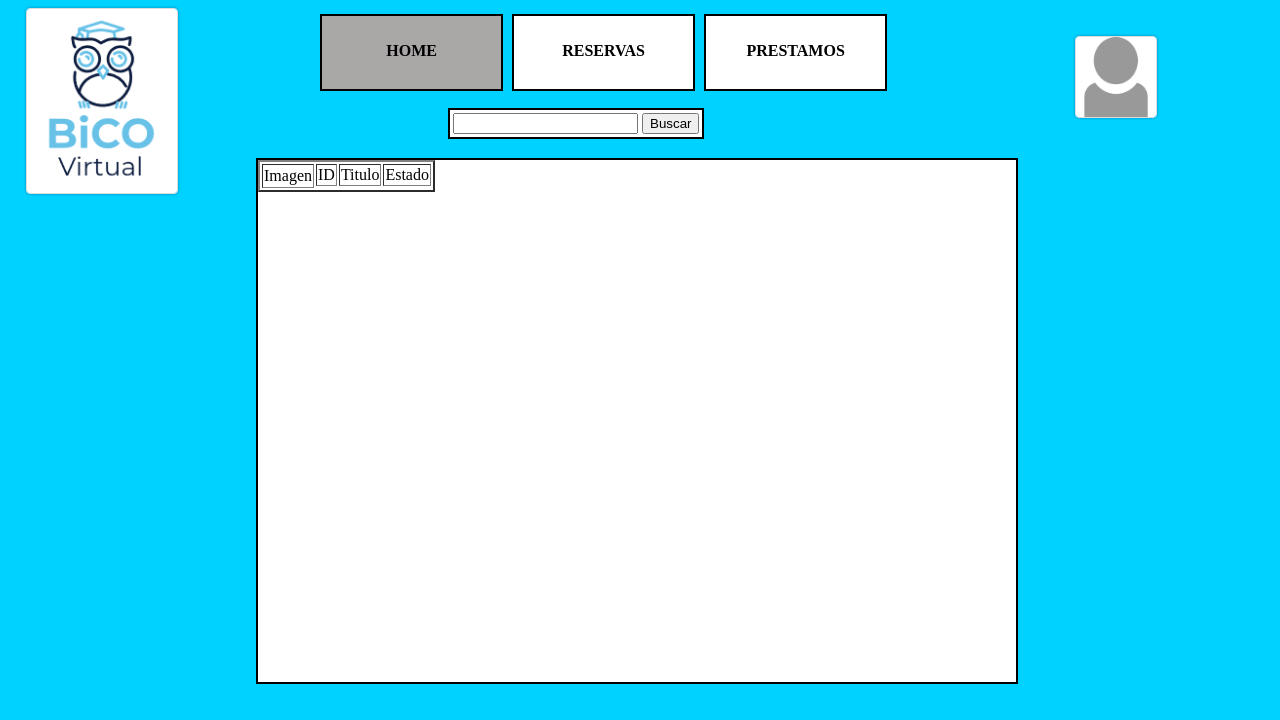
Repository: i72frpeu/IW_Bien
Page: http://localhost/Trabajo_IW/Vistas/Libro.jsp
An editor plug-in stored every save of this project. The page is shown before and after the next save, followed by the edit.
The browser window is 1280 px wide. The pictures show the whole page.
The page is served by Tomcat 9.

Above is the page before, as saved 2020-05-16 17:58:24.

After the next save:
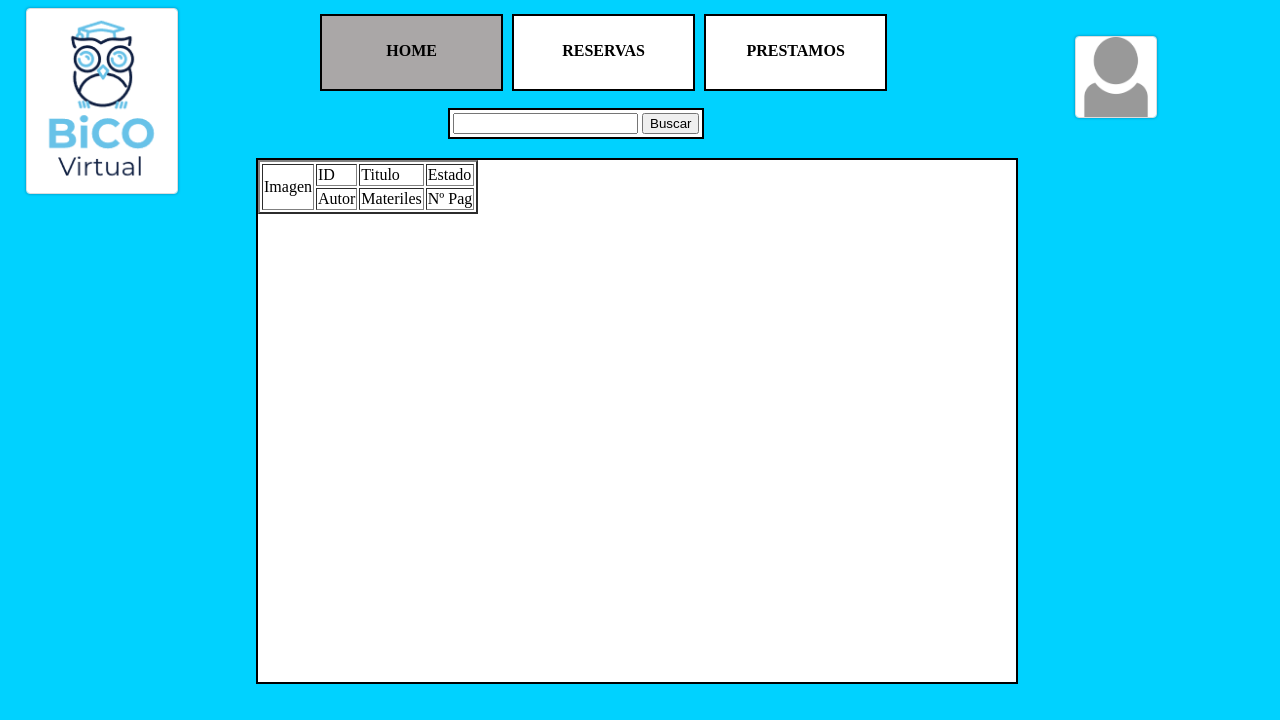
Saved 67 s later.
--- a/WorkSpace/Trabajo IW/WebContent/Vistas/Libro.jsp
+++ b/WorkSpace/Trabajo IW/WebContent/Vistas/Libro.jsp
@@ -32,7 +32,7 @@
 			<td rowspan = 4> Imagen </td> <td> ID </td> <td> Titulo </td> <td> Estado </td>
 		</tr>
 		<tr>
-
+			<td> Autor </td> <td rowspan = 2> Materiles </td> <td> Nº Pag </td>
 		</tr>
 	</table>
   </div>
